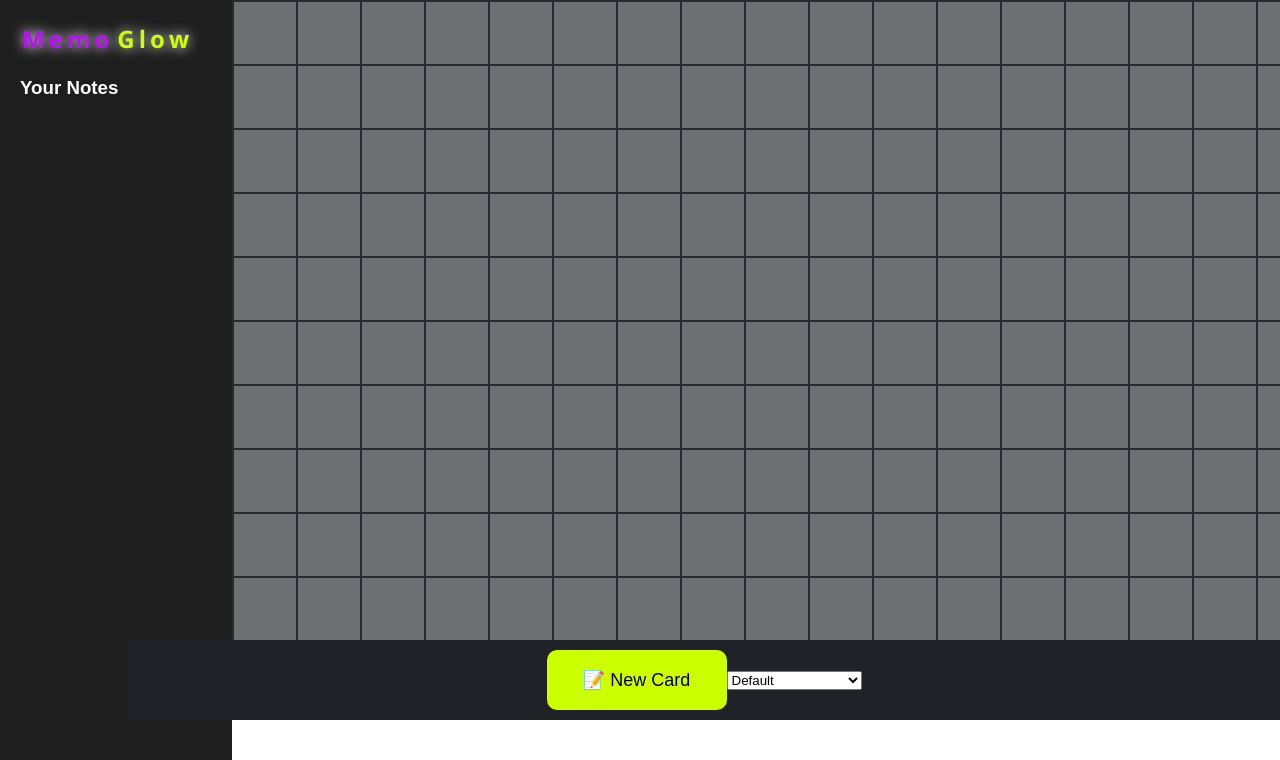
Repository: ErvinClay13/Memo-Glow
Page: index.html
These files come from the project's save history. The page is drawn as it stood at one moment and after the next save; the edit follows.
The browser window is 1280 px wide. The pictures show the whole page.

Above is the page before, as saved 2025-03-28 19:10:59.

### index.html
<!DOCTYPE html>
<html lang="en">
<head>
  <meta charset="UTF-8" />
  <meta name="viewport" content="width=device-width, initial-scale=1.0"/>
  <title>Memo Glow</title>
  <link rel="stylesheet" href="style.css" />
</head>
<body>


  <div id="sidebar">
    <div id="appTitle">
      <span>M</span><span>e</span><span>m</span><span>o</span>
      <span> </span>
      <span>G</span><span>l</span><span>o</span><span>w</span>
    </div>

    <h3>Your Notes</h3>
    <ol id="noteList"></ol>
  </div>


  <div id="container"></div>

  <div class="footer">
    <button id="addCardBtn">📝 New Card</button>
    <select id="fontSelector">
        <option value="'Segoe UI', sans-serif">Default</option>
        <option value="'Courier New', monospace">Courier</option>
        <option value="'Times New Roman', serif">Times New Roman</option>
        <option value="Arial, sans-serif">Arial</option>
        <option value="'Comic Sans MS', cursive">Comic Sans</option>
        <option value="'Roboto', sans-serif">Roboto</option>
      </select>

  </div>

  <script src="script.js"></script>
</body>
</html>






<!-- <!DOCTYPE html>
<html lang="en">
<head>
  <meta charset="UTF-8" />
  <meta name="viewport" content="width=device-width, initial-scale=1.0"/>
  <title>Memo Glow</title>
  <link rel="stylesheet" href="style.css" />
</head>
<body>


  <div id="sidebar">
    <div id="appTitle">
      <span>M</span><span>e</span><span>m</span><span>o</span>
      <span> </span>
      <span>G</span><span>l</span><span>o</span><span>w</span>
    </div>

    <h3>Your Notes</h3>
    <ol id="noteList"></ol>
  </div>


  <div id="container"></div>


  <div class="footer">
    <button id="addCardBtn">📝 New Card</button>
  </div>


  <script src="script.js"></script>
</body>
</html> -->



<!--
<!DOCTYPE html>
<html lang="en">
<head>
  <meta charset="UTF-8" />
  <meta name="viewport" content="width=device-width, initial-scale=1.0"/>
  <title>Sticky Notes</title>
  <link rel="stylesheet" href="style.css" />
</head>
<body>
  <div id="sidebar">
    <h3>Your Notes</h3>
    <ol id="noteList"></ol>
  </div>

  <div id="container"></div>

  <div class="footer">
    <button id="addCardBtn">📝 New Card</button>
  </div>

  <script src="script.js"></script>
</body>
</html> -->

### style.css
/* body {
    padding: 0;
    margin: 0;
}

#container {
    background-color: #212228a5;
    background-image: linear-gradient(#292a30 .1em, transparent .1em),
    linear-gradient(90deg, #292a30 .1em, transparent .1em);
    background-size: 4em 4em;
    height: 100vh;
}

.footer {
    background-color: #212228;
    background-image: linear-gradient(#292a30 .1em, transparent .1em),
    linear-gradient(90deg, #292a30 .1em, transparent .1em);
    background-size: 4em 4em;
}

#card {
    width: 300px;
    height: 300px;
    background-color: #ccff00;
    border-radius: 5px;
    cursor: pointer;
    position: fixed;
    display: flex;
    flex-direction: column;
    justify-content: center;
    align-items: center;
    box-shadow: 10px 10px 40px #aaff00;
}



#card2 {
    width: 300px;
    height: 300px;
    background-color: rgb(187, 13, 250);
    border-radius: 5px;
    cursor: pointer;
    position: fixed;
    display: flex;
    flex-direction: column;
    justify-content: center;
    align-items: center;
    box-shadow: 10px 10px 40px #aaff00;
}

#card3 {
    width: 300px;
    height: 300px;
    background-color: rgb(0, 149, 255);
    border-radius: 5px;
    cursor: pointer;
    position: fixed;
    display: flex;
    flex-direction: column;
    justify-content: center;
    align-items: center;
    box-shadow: 10px 10px 40px #aaff00;
}

#card4 {
    width: 300px;
    height: 300px;
    background-color: rgb(255, 0, 234);
    border-radius: 5px;
    cursor: pointer;
    position: fixed;
    display: flex;
    flex-direction: column;
    justify-content: center;
    align-items: center;
    box-shadow: 10px 10px 40px #aaff00;

}


#cardBtn {
    height: 200px;
    width: 200px;
    background-color: red;
}

#cardBtn2 {
    height: 200px;
    width: 200px;
    background-color: red;
}

#cardBtn3 {
    height: 200px;
    width: 200px;
    background-color: red;
}

#cardBtn4 {
    height: 200px;
    width: 200px;
    background-color: red;

}
 */

 body {
    margin: 0;
    padding: 0;
    font-family: sans-serif;
    height: 100vh;
    display: flex;
    overflow: hidden;
  }

  #sidebar {
    width: 15%;
    min-width: 150px;
    background-color: #1e1e1e;
    color: white;
    padding: 20px;
    height: 100vh;
    overflow-y: auto;
  }

  #appTitle {
    font-size: 24px;
    font-weight: bold;
    margin-bottom: 20px;
    display: flex;
    flex-wrap: wrap;
  }

  #appTitle span {
    padding: 2px;
    animation: glow 2s infinite alternate;
    font-family: 'Segoe UI', Tahoma, Geneva, Verdana, sans-serif;
  }

  @keyframes glow {
    0%   { text-shadow: 0 0 5px #fff; }
    100% { text-shadow: 0 0 15px #fff; }
  }

  /* Color each letter */
  #appTitle span:nth-child(1) { color: #bb0dfa; }
  #appTitle span:nth-child(2) { color: #bb0dfa; }
  #appTitle span:nth-child(3) { color: #bb0dfa; }
  #appTitle span:nth-child(4) { color: #bb0dfa; }
  #appTitle span:nth-child(5) { color: transparent; }
  #appTitle span:nth-child(6) { color: #ccff00; }
  #appTitle span:nth-child(7) { color: #ccff00; }
  #appTitle span:nth-child(8) { color: #ccff00; }
  #appTitle span:nth-child(9) { color: #ccff00; }

  #noteList {
    list-style: decimal inside;
    padding-left: 0;
  }

  .note-item {
    display: flex;
    justify-content: space-between;
    align-items: center;
    margin: 6px 0;
    background-color: #333;
    padding: 6px;
    border-radius: 5px;
    font-size: 14px;
  }

  .note-input {
    flex: 1;
    padding: 4px;
    font-size: 14px;
    border: none;
    border-radius: 4px;
    margin-right: 6px;
  }

  .note-save {
    background: none;
    border: none;
    font-size: 16px;
    cursor: pointer;
    margin-right: 4px;
  }

  .note-delete {
    background: none;
    border: none;
    font-size: 16px;
    cursor: pointer;
    transition: transform 0.2s;
  }

  .note-delete:hover {
    transform: scale(1.2);
  }

  #container {
    flex: 1;
    background-color: #212228a5;
    background-image: linear-gradient(#292a30 0.1em, transparent 0.1em),
                      linear-gradient(90deg, #292a30 0.1em, transparent 0.1em);
    background-size: 4em 4em;
    position: relative;
    overflow: hidden;
  }

  .card {
    width: 300px;
    height: 300px;
    border-radius: 5px;
    position: absolute;
    display: flex;
    flex-direction: column;
    justify-content: center;
    align-items: center;
    padding: 20px;
    font-size: 16px;
    text-align: center;
    cursor: pointer;
    overflow-wrap: break-word;
    word-wrap: break-word;
    overflow: hidden;
    text-overflow: ellipsis;
  }

  .card p {
    margin: 0;
    word-break: break-word;
    max-height: 100%;
    overflow-y: auto;
    text-align: center;
    padding: 10px;
  }

  .card p::-webkit-scrollbar {
    width: 6px;
  }

  .card p::-webkit-scrollbar-thumb {
    background-color: rgba(255,255,255,0.4);
    border-radius: 4px;
  }



  .close-btn {
    position: absolute;
    top: 10px;
    right: 10px;
    background-color: black;
    color: white;
    border: none;
    border-radius: 50%;
    width: 25px;
    height: 25px;
    font-size: 14px;
    cursor: pointer;
    opacity: 0.7;
  }

  .footer {
    position: fixed;
    bottom: 0;
    left: 10%;
    width: 90%;
    height: 80px;
    background-color: #212228;
    display: flex;
    justify-content: center;
    align-items: center;
    z-index: 100;
  }

  #addCardBtn {
    height: 60px;
    width: 180px;
    background-color: #ccff00;
    color: black;
    font-size: 18px;
    border: none;
    border-radius: 10px;
    cursor: pointer;
  }

  #addCardBtn:hover {
    color: #bb0dfa;
    font-size: 20px;
  }

  /* Pulse animation */
  @keyframes pulse {
    0% { transform: scale(1); }
    50% { transform: scale(1.05); }
    100% { transform: scale(1); }
  }

  .pulse {
    animation: pulse 0.6s ease-in-out infinite;
    z-index: 999;
  }

### script.js
// let cardCount = 0;
// const container = document.getElementById('container');
// const addCardBtn = document.getElementById('addCardBtn');

// const colors = [
//     '#ccff00',            // neon green
//     'rgb(187, 13, 250)',  // purple
//     'rgb(0, 149, 255)',   // blue
//     'rgb(255, 0, 234)'    // pink
// ];

// addCardBtn.addEventListener("click", () => {
//     if (cardCount >= colors.length) {
//         alert("Max number of cards reached!");
//         return;
//     }

//     // Create card
//     const card = document.createElement("div");
//     card.classList.add("card");
//     card.style.backgroundColor = colors[cardCount];
//     card.style.boxShadow = `10px 10px 40px ${colors[cardCount]}`;
//     card.style.top = `${100 + cardCount * 30}px`;
//     card.style.left = `${100 + cardCount * 30}px`;

//     // Get user input
//     const userText = prompt("Enter your card text:");

// // Cancel or empty input? Don't create the card.
// if (!userText) return;

// // Continue creating the card
// const para = document.createElement("p");
// para.innerText = userText;
// card.appendChild(para);


//     // Add delete button
//     const closeBtn = document.createElement("button");
//     closeBtn.innerText = "✕";
//     closeBtn.classList.add("close-btn");
//     closeBtn.addEventListener("click", () => {
//         container.removeChild(card);
//         cardCount--; // optional: allow reusing slots/colors
//     });
//     card.appendChild(closeBtn);

//     // Make card draggable
//     makeDraggable(card);

//     // Add to container
//     container.appendChild(card);
//     cardCount++;
// });

// // Draggable function
// function makeDraggable(card) {
//     let startX = 0, startY = 0, newX = 0, newY = 0;

//     card.addEventListener('mousedown', (e) => {
//         startX = e.clientX;
//         startY = e.clientY;

//         const onMouseMove = (e) => {
//             newX = startX - e.clientX;
//             newY = startY - e.clientY;
//             startX = e.clientX;
//             startY = e.clientY;
//             card.style.top = (card.offsetTop - newY) + 'px';
//             card.style.left = (card.offsetLeft - newX) + 'px';
//         };

//         const onMouseUp = () => {
//             document.removeEventListener('mousemove', onMouseMove);
//             document.removeEventListener('mouseup', onMouseUp);
//         };

//         document.addEventListener('mousemove', onMouseMove);
//         document.addEventListener('mouseup', onMouseUp);
//     });
// }






document.addEventListener("DOMContentLoaded", () => {
    let cardCount = 0;
    const container = document.getElementById('container');
    const addCardBtn = document.getElementById('addCardBtn');
    const noteList = document.getElementById('noteList');

    const colors = [
      '#ccff00', '#bb0dfa', '#0095ff', '#ff00ea',
      '#ffa500', '#00ffaa', '#ff5555', '#aaff00'
    ];

    addCardBtn.addEventListener("click", () => {
      const userText = prompt("Enter your card text:");
      if (!userText) return;

      const cardColor = colors[cardCount % colors.length];

      // Card
      const card = document.createElement("div");
      card.classList.add("card");
      card.style.backgroundColor = cardColor;
      card.style.boxShadow = `10px 10px 40px ${cardColor}`;
      card.style.top = `${100 + cardCount * 20}px`;
      card.style.left = `${180 + cardCount * 30}px`;

      const para = document.createElement("p");
      para.innerText = userText;
      card.appendChild(para);

      const closeBtn = document.createElement("button");
      closeBtn.innerText = "✕";
      closeBtn.classList.add("close-btn");

      // Sidebar item
      const listItem = document.createElement("li");
      listItem.classList.add("note-item");

      const input = document.createElement("input");
      input.type = "text";
      input.value = userText;
      input.classList.add("note-input");

      const saveBtn = document.createElement("button");
      saveBtn.innerText = "💾";
      saveBtn.classList.add("note-save");
      saveBtn.style.color = cardColor;

      const deleteNoteBtn = document.createElement("button");
      deleteNoteBtn.classList.add("note-delete");
      deleteNoteBtn.innerText = "✕";
      deleteNoteBtn.style.color = cardColor;

      const deleteBoth = () => {
        container.removeChild(card);
        noteList.removeChild(listItem);
      };

      const saveText = () => {
        para.innerText = input.value;
      };

      closeBtn.addEventListener("click", deleteBoth);
      deleteNoteBtn.addEventListener("click", deleteBoth);
      saveBtn.addEventListener("click", saveText);

      // Hover on note = pulse card
      listItem.addEventListener("mouseenter", () => {
        card.classList.add("pulse");
      });

      listItem.addEventListener("mouseleave", () => {
        card.classList.remove("pulse");
      });

      // Click on card = highlight input
      card.addEventListener("click", () => {
        document.querySelectorAll(".note-input").forEach(input => {
          input.style.backgroundColor = "";
        });
        input.style.backgroundColor = "#ccc";
      });

      // Link them for reference
      card.sidebarInput = input;
      input.relatedCard = card;

      listItem.appendChild(input);
      listItem.appendChild(saveBtn);
      listItem.appendChild(deleteNoteBtn);
      noteList.appendChild(listItem);

      card.appendChild(closeBtn);
      container.appendChild(card);
      cardCount++;

      makeDraggable(card);
    });

    function makeDraggable(card) {
      let offsetX = 0, offsetY = 0, isDragging = false;

      card.addEventListener("mousedown", (e) => {
        isDragging = true;
        offsetX = e.clientX - card.offsetLeft;
        offsetY = e.clientY - card.offsetTop;

        const onMouseMove = (e) => {
          if (!isDragging) return;
          card.style.left = `${e.clientX - offsetX}px`;
          card.style.top = `${e.clientY - offsetY}px`;
        };

        const onMouseUp = () => {
          isDragging = false;
          document.removeEventListener("mousemove", onMouseMove);
          document.removeEventListener("mouseup", onMouseUp);
        };

        document.addEventListener("mousemove", onMouseMove);
        document.addEventListener("mouseup", onMouseUp);
      });
    }
  });

After the next save:
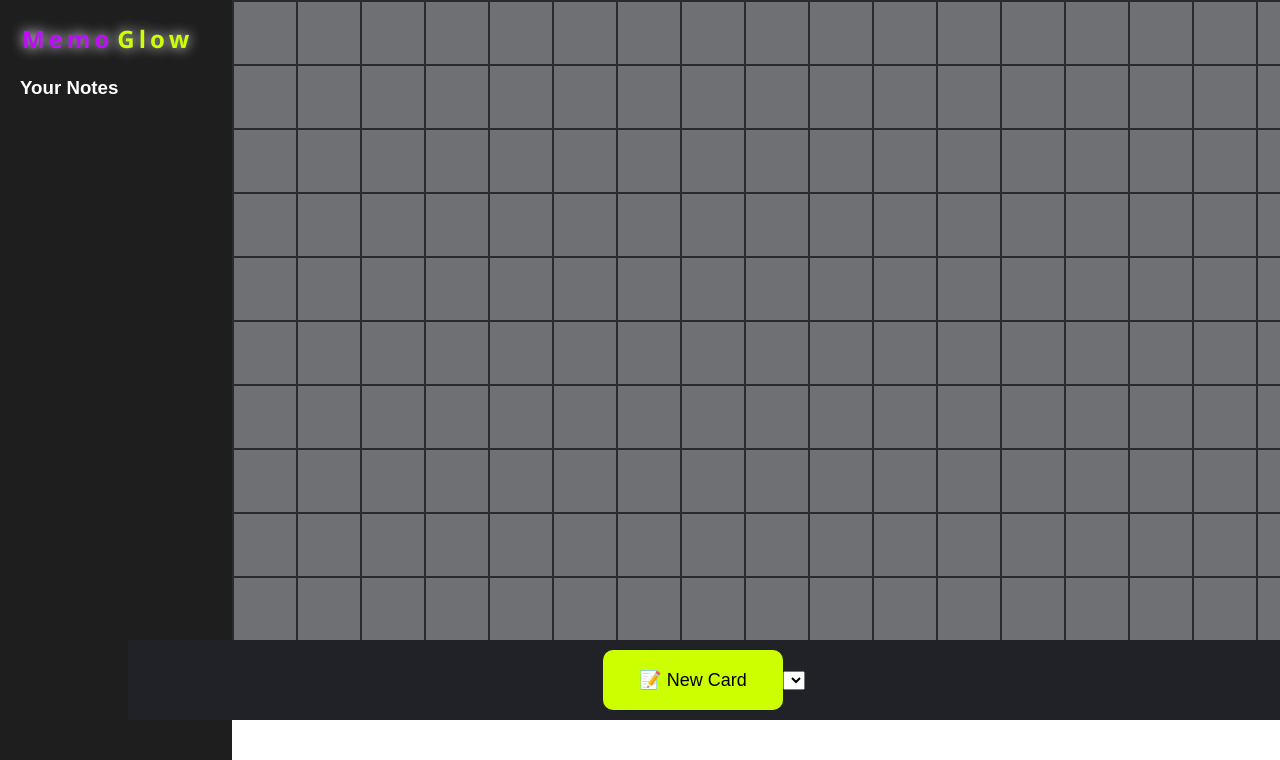
Saved 3 min 8 s later.
--- a/index.html
+++ b/index.html
@@ -8,7 +8,7 @@
 </head>
 <body>
 
-
+  <!-- Sidebar -->
   <div id="sidebar">
     <div id="appTitle">
       <span>M</span><span>e</span><span>m</span><span>o</span>
@@ -20,89 +20,11 @@
     <ol id="noteList"></ol>
   </div>
 
-
+  <!-- Main Area -->
   <div id="container"></div>
 
+  <!-- Footer -->
   <div class="footer">
     <button id="addCardBtn">📝 New Card</button>
     <select id="fontSelector">
-        <option value="'Segoe UI', sans-serif">Default</option>
-        <option value="'Courier New', monospace">Courier</option>
-        <option value="'Times New Roman', serif">Times New Roman</option>
-        <option value="Arial, sans-serif">Arial</option>
-        <option value="'Comic Sans MS', cursive">Comic Sans</option>
-        <option value="'Roboto', sans-serif">Roboto</option>
-      </select>
-
-  </div>
-
-  <script src="script.js"></script>
-</body>
-</html>
-
-
-
-
-
-
-<!-- <!DOCTYPE html>
-<html lang="en">
-<head>
-  <meta charset="UTF-8" />
-  <meta name="viewport" content="width=device-width, initial-scale=1.0"/>
-  <title>Memo Glow</title>
-  <link rel="stylesheet" href="style.css" />
-</head>
-<body>
-
-
-  <div id="sidebar">
-    <div id="appTitle">
-      <span>M</span><span>e</span><span>m</span><span>o</span>
-      <span> </span>
-      <span>G</span><span>l</span><span>o</span><span>w</span>
-    </div>
-
-    <h3>Your Notes</h3>
-    <ol id="noteList"></ol>
-  </div>
-
-
-  <div id="container"></div>
-
-
-  <div class="footer">
-    <button id="addCardBtn">📝 New Card</button>
-  </div>
-
-
-  <script src="script.js"></script>
-</body>
-</html> -->
-
-
-
-<!--
-<!DOCTYPE html>
-<html lang="en">
-<head>
-  <meta charset="UTF-8" />
-  <meta name="viewport" content="width=device-width, initial-scale=1.0"/>
-  <title>Sticky Notes</title>
-  <link rel="stylesheet" href="style.css" />
-</head>
-<body>
-  <div id="sidebar">
-    <h3>Your Notes</h3>
-    <ol id="noteList"></ol>
-  </div>
-
-  <div id="container"></div>
-
-  <div class="footer">
-    <button id="addCardBtn">📝 New Card</button>
-  </div>
-
-  <script src="script.js"></script>
-</body>
-</html> -->
+      <option value="'Segoe UI', sans-serif">
